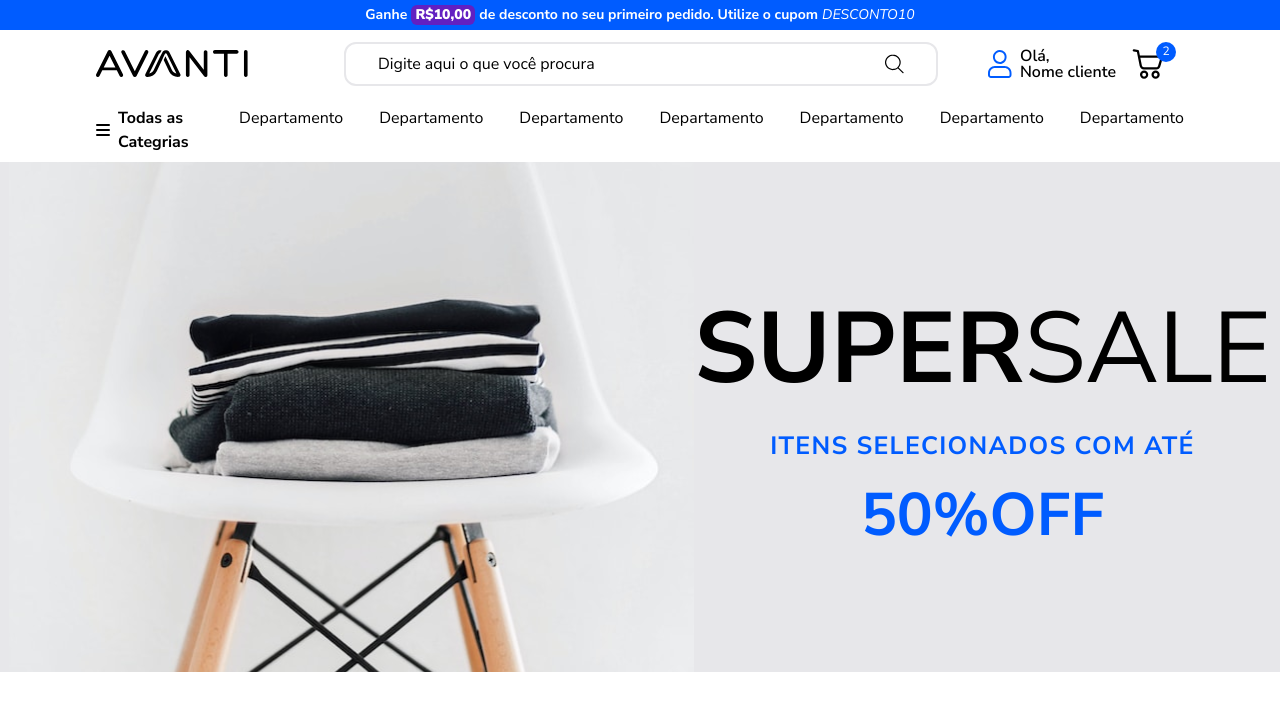
Repository: chidekina/avanti-01
Page: index.html
The author's editor kept a copy of each file at every save. The page is drawn from the files as they stood at one save, then again after the next save.
The browser window is 1280 px wide. The pictures show the whole page.

Above is the page before, as saved 2025-04-04 14:36:04.

After the next save:
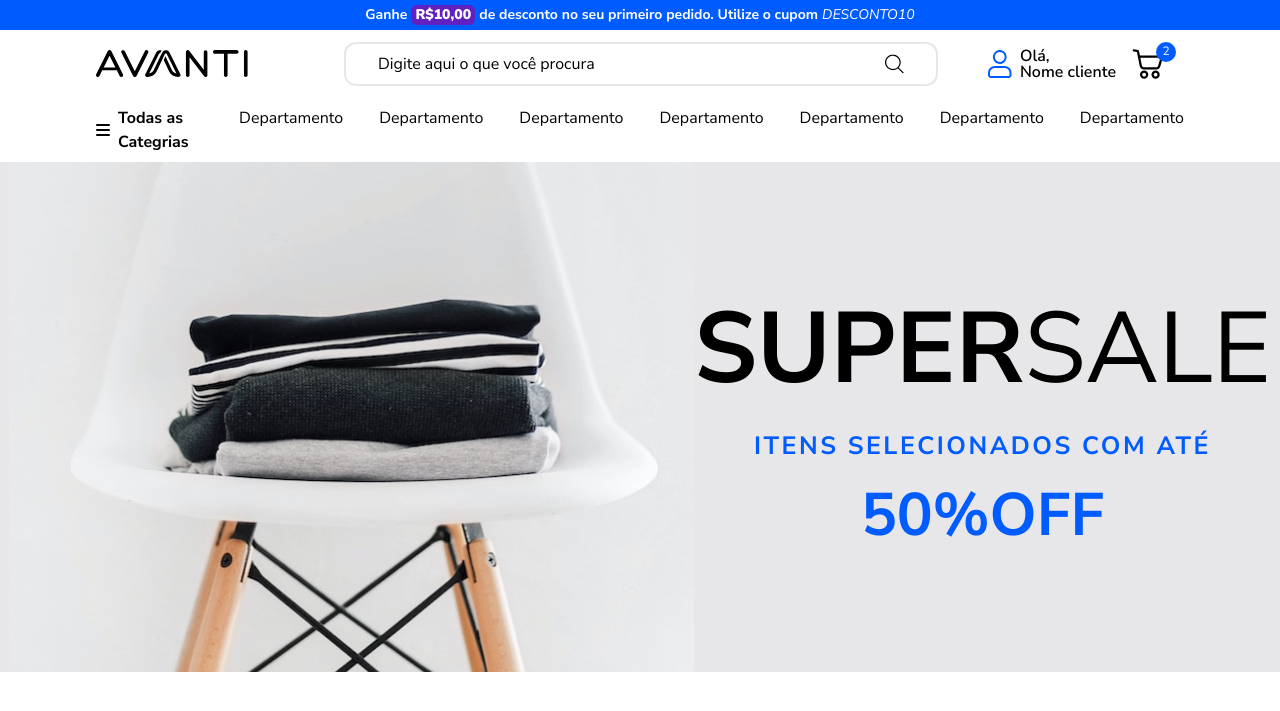
Saved 12 s later.
--- a/index.html
+++ b/index.html
@@ -66,7 +66,7 @@
           <h1 class="text-[100px]">
             <b>SUPER</b>SALE
           </h1>
-          <h4 class="text-[25px] text-(--primary-color) font-bold tracking-wider">
+          <h4 class="text-[25px] text-(--primary-color) font-bold tracking-widest">
             ITENS SELECIONADOS COM ATÉ
           </h4>
           <h4 class="text-[60px] text-(--primary-color) font-bold">
